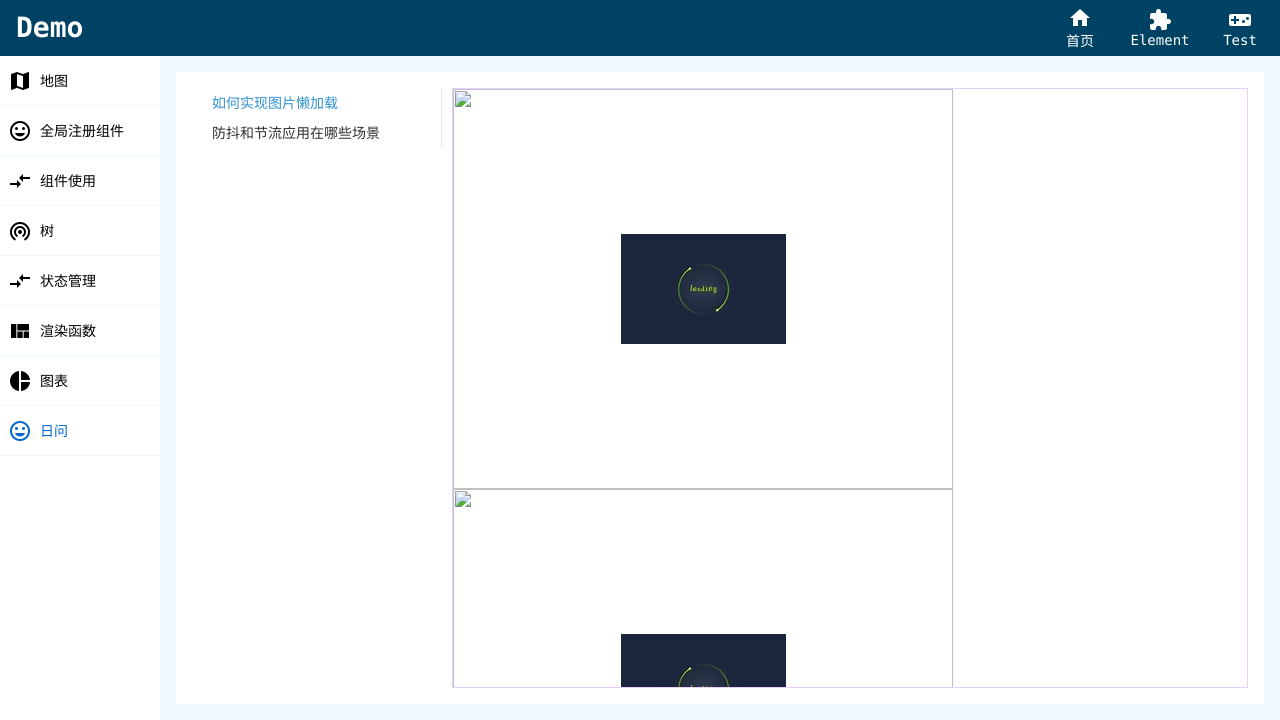
Repository: zh-webliker/element-vue
Page: /lazyLoadingInmg
The author's editor kept a copy of each file at every save. The page is drawn from the files as they stood at one save, then again after the next save.
The browser window is 1280 px wide. The pictures show the whole page.
An inner scrolling area shows only its first screen. The project was rebuilt for these pictures with package versions that can differ from the ones it lists, and the page was loaded fresh each time. Also part of the build but not shown: vue.config.js, src/components/baseComponts/Basebutton.vue, src/components/baseComponts/Basetitle.vue. Imported but missing from the stored project, and not drawn on this page: src/json/contour, src/json/hl.

Above is the page before, as saved 2020-10-09 17:24:02.

### public/index.html
<!DOCTYPE html>
<html lang="en">
  <head>
    <meta charset="utf-8">
    <meta http-equiv="X-UA-Compatible" content="IE=edge">
    <meta name="viewport" content="width=device-width,initial-scale=1.0">
    <link rel="icon" href="<%= BASE_URL %>favicon.ico">
    <title>demo</title>

  </head>
  <body>
    <noscript>
      <strong>We're sorry but demo doesn't work properly without JavaScript enabled. Please enable it to continue.</strong>
    </noscript>
    <div id="app"></div>
    <!-- built files will be auto injected -->
  </body>
</html>

### src/main.js
import Vue from 'vue'
import App from './App.vue'
import router from './router'
import store from './store/store'

import './style/style.scss'
import 'material-icons'

/***
 * 初始化axios
 * https://www.kancloud.cn/yunye/axios/234845
 */
import axios from 'axios'
axios.defaults.baseURL = process.env.NODE_ENV === 'production' ? '/' : '/api';
axios.defaults.headers.withCredentials = true;
Vue.prototype.$axios = axios;

// import './style/test.scss'

/**
 * element
 * */
import Element from 'element-ui'
import './style/element-variables.scss'
Vue.use(Element);


Vue.config.productionTip = false;

// import upperFirst from 'lodash/upperFirst'
// import camelCase from 'lodash/camelCase'

// const requireComponent = require.context(
//   // 其组件目录的相对路径
//   // '../src/components/baseComponts',
//   './components/baseComponts',
//   // 是否查询其子目录
//   false,
//   // 匹配基础组件文件名的正则表达式
//   /Base[A-Z]\w+\.(vue|js)$/
// )
// console.log(requireComponent.keys())
// requireComponent.keys().forEach(fileName => {
//   // 获取组件配置
//   const componentConfig = requireComponent(fileName)
//   // 这个地方直接传入filename其实就是内部会调用了resolve方法，会返回对应的文件内容（不理解可以console一下看看）
//   // 获取组件的 PascalCase 命名
//   const componentName = upperFirst(
//     camelCase(
//       // 获取和目录深度无关的文件名
//       fileName
//         .split('/')
//         .pop()
//         .replace(/\.\w+$/, '')
//     )
//   )

//   // 全局注册组件
//   Vue.component(
//     componentName,
//     // 如果这个组件选项是通过 `export default` 导出的，
//     // 那么就会优先使用 `.default`，
//     // 否则回退到使用模块的根。
//     componentConfig.default || componentConfig
//   )
// })
import Basebutton from './components/baseComponts/Basebutton.vue'
import Basetitle from './components/baseComponts/Basetitle.vue'
Vue.component('Basebutton', Basebutton)
Vue.component('Basetitle', Basetitle)
new Vue({
  router,
  store,
  render: h => h(App)
}).$mount('#app');

### src/App.vue
<template>
  <div id="app">

    <!--header标签和下面的nav标签，是H5新增的标签，相当于有语义的div-->
    <header class="header">

      <h1>{{appName}}</h1>

      <nav>

        <!--router-link是vue自带组件，用于项目内跳转，会编译成a标签-->
        <router-link to="/Main">
          <i class="material-icons">home</i>
          <span>首页</span>
        </router-link>
        <router-link to="/Element">
          <i class="material-icons">extension</i>
          <span>Element</span>
        </router-link>

        <router-link to="/Test">
          <i class="material-icons">videogame_asset</i>
          <span>Test</span>
        </router-link>
        <!--<router-link to="/">
          <i class="material-icons">logout</i>
          <span>退出</span>
        </router-link>-->
      </nav>
    </header>

    <router-view/>

  </div>
</template>

<script>
  const appName = "Demo";

  export default ({
    name: "App",
    data(){
      return {
        appName
      }
    }
  })

</script>

<style lang="scss">

</style>

### src/router.js
import Vue from 'vue'
import Router from 'vue-router'

Vue.use(Router);

export default new Router({
  mode: 'history',
  routes: [
    {
      path: "/",
      redirect: "/Main"
    },
    {
      name: "Main",
      path: "/Main",
      component: ()=> import('./views/main/Main.vue'),
      children: [
        {
          path: "/",
          redirect: "/Main/Map"
        },
        {
          //在router-link跳转中，如果路由设置了name，也可以用name替代path
          name: "Map",
          path: "/Main/Map",
          component: ()=> import('./views/main/Map.vue')
        },
        {
          name: "Icon",
          path: "/Main/Icon",
          component: ()=> import('./views/main/Icon.vue')
        },
        {
          name: "Tree",
          path: "/Main/Tree",
          component: ()=> import('./views/main/Tree.vue')
        },
        {
          name: "Storage",
          path: "/Main/Storage",
          component: ()=> import('./views/main/Storage.vue')
        },
        {
          name: "Storage2",
          path: "/Main/Storage2",
          component: ()=> import('./views/main/Storage2.vue')
        },
        {
          name: "Deliver",
          path: "/Main/Deliver",
          component: ()=> import('./views/main/Deliver.vue')
        },
        {
          name: "Charts",
          path: "/Main/Charts",
          component: ()=> import('./views/main/Charts.vue')
        },
        {
          name: "dailyQuestion",
          path: "/dailyQuestion",
          component: ()=> import('./views/main/dailyQuestion.vue'),
          children: [
            {
              name: "lazyLoadingInmg",
              path: "/lazyLoadingInmg",
              component: ()=> import('./components/dailyQuestion/lazyLoadingInmg.vue')
            },
            {
              name: "debounce",
              path: "/debounce",
              component: ()=> import('./components/dailyQuestion/debounce.vue')
            },
          ]
        }
      ]
    },
    {
      name: "Element",
      path: "/Element",
      component: ()=> import('./views/element/ElementMain.vue'),
      children: [
        {
          path: "/",
          redirect: "/Element/Table"
        },
        {
          name: "Table",
          path: "/Element/Table",
          component: ()=> import('./views/element/Table.vue'),
        },
        {
          name: "Tab",
          path: "/Element/Tab",
          component: ()=> import('./views/element/Tab.vue'),
        },
        {
          name: "Form",
          path: "/Element/Form",
          component: ()=> import('./views/element/Form.vue'),
        },
        {
          name: "Tree",
          path: "/Element/Tree",
          component: ()=> import('./views/element/Tree.vue'),
        }
      ]
    },

    {
      name: "Test",
      path: "/Test",
      component: ()=> import('./views/test/Test.vue'),
      redirect: "/Test/Mixin",

      children:[
        {
          name: "Mixin",
          path: "/Test/Mixin",
          component: ()=> import('./views/test/mixins/Index.vue')
        },
        {
          name: "DraggableModule",
          path: "/Test/DraggableModule",
          component: ()=> import('./views/test/draggable/DraggableModule.vue')
        }
      ]
    },

    //把404页面放到最后匹配剩下的全部页面
    {
      name: "404",
      path: "*",
      component: ()=> import('./views/404.vue'),
    }

  ]
})

### src/store/store.js
import Vue from 'vue'
import Vuex from 'vuex'

import StorageStore from './StorageStore'

Vue.use(Vuex);

export default new Vuex.Store({
  state: {

  },
  mutations: {

  },
  actions: {

  },

  //引入模组store
  modules: {
    storage: StorageStore
  }
})

### src/style/style.scss


/*theme*/
$primaryColor: #0065cb;
$primaryTextColor: white;
$primaryBgColor: #004264;
$bgColor: white;

/*global*/
a {
  text-decoration: none;
  color: inherit;
}
.page {
  position: absolute;
  top: 56px;
  bottom: 0;
  left: 0;
  right: 0;
  background-color: aliceblue;
}


/*body*/
body{
  padding: 0; margin: 0;
  font-family: 'Consolas', 'Microsoft YaHei UI';
  font-size: 14px;
}

/*header*/
header {
  background-color: $primaryBgColor;
  color: $primaryTextColor;
  padding: 0 16px;
  position: relative;
  height: 56px;

  h1 {
    margin: 0;
    line-height: 56px;
  }

  nav {
    position: absolute;
    right: 0;
    top: 0;
    height: 100%;
    cursor: pointer;
    display: flex;
    justify-content: center;

    a {
      display: inline-flex;
      width: 80px;
      height: 100%;
      justify-content: center;
      flex-direction: column;
      text-align: center;

      &:hover{
        background-color: rgba(255,255,255,0.1);
      }

      &.router-link-active{
        background-color: rgba(255,255,255,0.4);
      }
    }
  }
}

/*left navbar*/
.left-nav {
  position: absolute;
  width: 160px;
  top: 0;
  bottom: 0;
  left: 0;
  background-color: white;
  //color: $primaryTextColor;


  a {
    position: relative;
    display: flex;
    width: 100%;
    height: 50px;
    cursor: pointer;

    &:hover{
      //background-color: rgba(100,100,100,0.1);
      color: rgb(100,100,100);
    }
    &.router-link-active{
      //background-color: rgba(0,0,0,0.1);
      color: $primaryColor;
    }
    &:after{
      content: "";
      position: absolute;
      bottom: 0;
      width: 100%;
      height: 1px;
      //transform: scaleY(0.5);
      background-color: aliceblue;
    }

    i {
      line-height: 50px;
      width: 40px;
      text-align: center;
      font-size: 24px;
    }
    span {
      line-height: 50px;
      font-size: 14px;
    }

  }
}


.page-content {
  position: absolute;
  left: 160px;
  top: 0;
  bottom: 0;
  right: 0;
  //background-color: aliceblue;
  margin: 16px;
  padding: 16px;
  background-color: white;
  overflow-y: auto;
  overflow-x: auto;

  article{
    padding-bottom: 80px;
  }
}

### src/style/element-variables.scss
/* 改变主题色变量 */
// $--color-primary: #00806a;
$--color-primary: rgb(51, 147, 207);
// $--color-danger:pink;
/* 改变 icon 字体路径变量，必需 */
$--font-path: '~element-ui/lib/theme-chalk/fonts';

@import "~element-ui/packages/theme-chalk/src/index";

.el-main>div:nth-child(2){
  padding: 16px;
}

### src/views/main/Main.vue
<template>
  <div class="page">

    <nav class="left-nav">
      <router-link to="Map">
        <i class="material-icons">map</i>
        <span>地图</span>
      </router-link>
      <router-link to="Icon">
        <i class="material-icons">insert_emoticon</i>
        <span>全局注册组件</span>
      </router-link>
      <router-link to="Storage2">
        <i class="material-icons">compare_arrows</i>
        <span>组件使用</span>
      </router-link>
      <router-link to="Tree">
        <i class="material-icons">wifi_tethering</i>
        <span>树</span>
      </router-link>
      <router-link to="Storage">
        <i class="material-icons">compare_arrows</i>
        <span>状态管理</span>
      </router-link>
      <router-link to="Deliver">
        <i class="material-icons">view_quilt</i>
        <span>渲染函数</span>
      </router-link>
      <router-link to="Charts">
        <i class="material-icons">pie_chart</i>
        <span>图表</span>
      </router-link>
      <router-link to="lazyLoadingInmg">
        <i class="material-icons">insert_emoticon</i>
        <span>日问</span>
      </router-link>
    </nav>

    <div class="page-content">
      <router-view/>
    </div>
  </div>
</template>

<script>
  export default {
    name: "Main"
  }
</script>

<style scoped>

</style>

### src/views/main/dailyQuestion.vue
<template>
  <div class="dailyQuestionPage">
    <nav class="leftNav">
      <el-menu :default-active="isActive" router>
        <el-menu-item v-for='i in menu' :key='i.id' :index="i.url">{{i.title}}</el-menu-item>
      </el-menu>
    </nav>
    <div class="rightContent">
      <router-view></router-view>
    </div>
  </div>
</template>

<script>
export default {
  name: 'dailyQuestion',
  data () {
    return {
      menu: [
        {title: '如何实现图片懒加载', url: '/lazyLoadingInmg' , id: '1'},
        {title: '防抖和节流应用在哪些场景', url: '/debounce', id: '2'}
      ],
    }
  },
  computed: {
    isActive () {
      console.log(this.$route.name)
      if (this.$route.name === 'dailyQuestion') {
        return '/lazyLoadingInmg'
      } else {
        return this.$route.path
      }
    }
  }
}
</script>

<style lang='scss' scoped>
.dailyQuestionPage {
  display: flex;
  height: 100%;
  .leftNav {
    width: 250px;
    height: 100%;
    // background: rgb(252, 253, 201);
    margin-right: 10px;
    .el-menu-item {
      height: 30px;
      line-height: 30px;
    }
  }
  .rightContent {
    flex: 1 1 auto;
    // min-width: 300px;
    border: 1px solid rgb(231, 209, 252);
  }
}
</style>

### src/components/dailyQuestion/lazyLoadingInmg.vue
<template>
  <div class="lazyLoadingInmgPage">
    <el-scrollbar style="height: 100%;" ref="scrollbar">
      <div class="father" ref="father">
        <div v-for="(i, index) in imgArray" :key="index" class="imgbox">
          <img src="" :data-src='i.url' class="lazy-image">
        </div>
      </div>
    </el-scrollbar>
  </div>
</template>

<script>
import _ from 'lodash'
export default {
  name: 'lazyLoadingInmg',
  data () {
    return {
      imgArray: [
        {url: require('../../assets/photos/1.jpeg')},
        {url: require('../../assets/photos/2.jpg')},
        {url: require('../../assets/photos/3.jpg')},
        {url: require('../../assets/photos/1.jpeg')},
        {url: require('../../assets/photos/2.jpg')},
        {url: require('../../assets/photos/3.jpg')},
        // 加require 因为在动态加载图片时，webpack会把图片当成模块处理，所以url-loader无法解析图片地址
        // npm run serve / build 后导致图片路径没有进行处理
      ]
    }
  },
  mounted () {
    const imgbox = this.$refs.scrollbar.wrap
    imgbox.addEventListener('scroll', _.throttle(this.updatePosition, 100))
    imgbox.addEventListener('scroll', this.updatePosition1)

  },
  methods: {
    updatePosition () {
      console.log('aaa')
      console.log(document.getElementsByClassName('imgbox')[5].getBoundingClientRect().top < document.documentElement.clientHeight)
    },
    updatePosition1 () {
      console.log('bbb')
    }
  }
}
</script>

<style lang='scss' scoped>
.lazyLoadingInmgPage {
  height: 100%;
  .el-scrollbar__wrap{
    overflow-y: scroll;
    overflow-x: hidden !important;
  }
  .father {
    height: 2400px;
    .lazy-image {
      background: url('../../assets/photos/th.jpg') no-repeat center;
    }
  }
  .imgbox {
    width: 500px;
    height: 400px;
    img {
      display: block;
      width: 100%;
      height: 100%;
    }
  }
}
</style>

### src/store/StorageStore.js

//vuex store 模块
//https://vuex.vuejs.org/zh/guide/modules.html

export default {

  //开启命名空间
  namespaced: true,

  //状态
  state: {
    "storageText": "请输入一些文字",
    "storageTime": 0
  },

  //set操作
  mutations: {
    setText: (state, text)=> state.storageText = text,
    setTime: (state, time)=> state.storageTime = time
  },

  //批量操作，可以执行异步
  actions: {
    setStorage(context, obj){
      context.commit('setText', obj.text);
      context.commit('setTime', obj.time);
    }
  },

  //get操作
  getters:{
    getText(state) {
      return state.storageText;
    },
    getTime(state) {
      return state.storageTime;
    },
    getNextTime(state){
      return state.storageTime + 60;
    }
  }
}

After the next save:
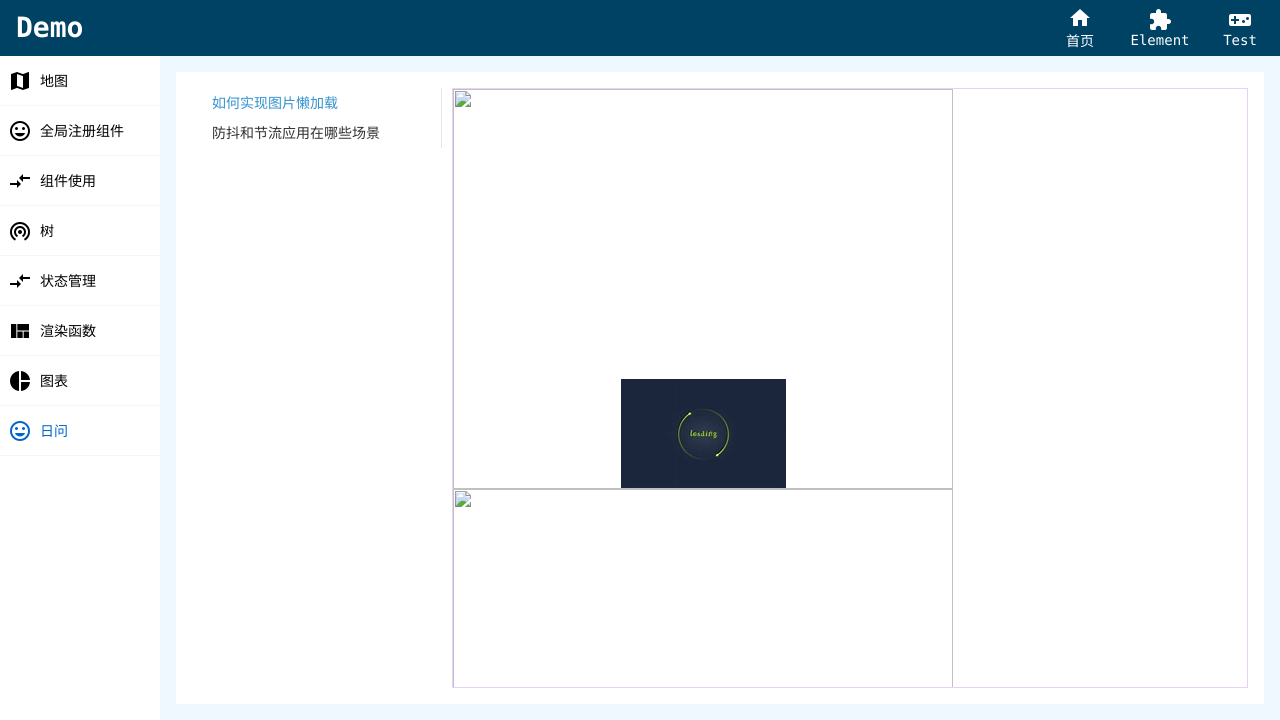
Saved 25 s later.
--- a/src/components/dailyQuestion/lazyLoadingInmg.vue
+++ b/src/components/dailyQuestion/lazyLoadingInmg.vue
@@ -56,7 +56,7 @@ export default {
   .father {
     height: 2400px;
     .lazy-image {
-      background: url('../../assets/photos/th.jpg') no-repeat center;
+      background: url('../../assets/photos/th.jpg') no-repeat center 100%;
     }
   }
   .imgbox {
